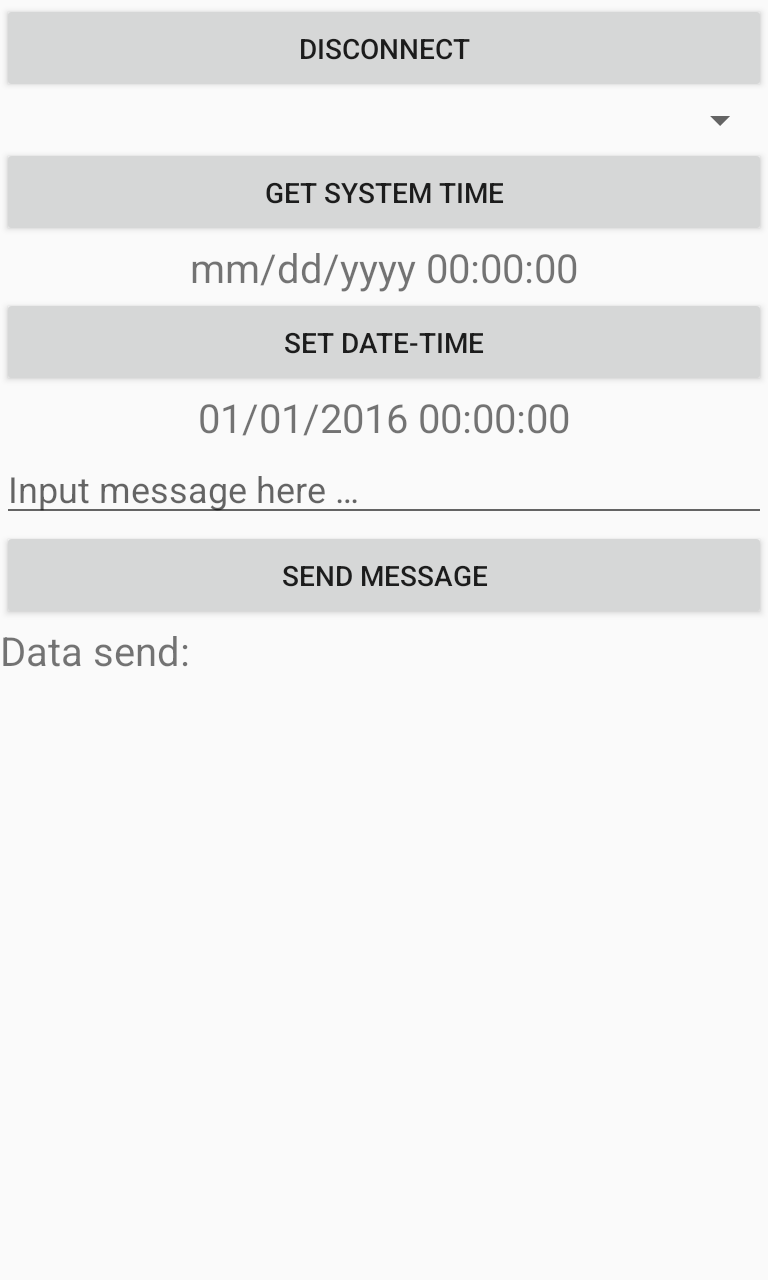
Repository: FisherKei/EclipseWorkspace
Layout: PIC_HC05_DS1307/PIC_HC06_DS1307/res/layout/timer_ds1307.xml
These files come from the project's save history. The layout is drawn as it stood at one moment and after the next save; the edit follows.
It is drawn on a 768 x 1280 px phone screen (xhdpi) without system bars, with theme AppTheme; the app's code is not run.

Above is the layout before, as saved 2016-06-27 12:48:42.

### PIC_HC05_DS1307/PIC_HC06_DS1307/res/layout/timer_ds1307.xml
<LinearLayout xmlns:android="http://schemas.android.com/apk/res/android"
    xmlns:tools="http://schemas.android.com/tools"
    android:id="@+id/LinearLayout1"
    android:layout_width="match_parent"
    android:layout_height="match_parent"
    android:background=""
    android:orientation="vertical" >

    <Button
        android:id="@+id/btnDisconnect"
        android:layout_width="match_parent"
        android:layout_height="wrap_content"
        android:text="@string/strBTDisconnect"/>

    <Spinner
        android:id="@+id/spinSetTimezone"
        android:layout_width="match_parent"
        android:layout_height="wrap_content" />

    <Button
        android:id="@+id/btnGetSysTime"
        android:layout_width="match_parent"
        android:layout_height="wrap_content"
        android:text="@string/strBtnGetSysTime"/>


    <TextView
        android:id="@+id/txtvSysTime"
        android:layout_width="wrap_content"
        android:layout_height="wrap_content"
        android:layout_gravity="center_horizontal"
        android:text="@string/strTimerVal"
        android:textSize="20sp" />

    <Button
        android:id="@+id/btnSetDateTime"
        android:layout_width="match_parent"
        android:layout_height="wrap_content"
        android:text="@string/strBtnSetDateTime"/>

    <TextView
        android:id="@+id/txtvTimeSelected"
        android:layout_width="wrap_content"
        android:layout_height="wrap_content"
        android:layout_gravity="center_horizontal"
        android:text="@string/strInitialDateTime"
        android:textSize="20sp" />

    <EditText
        android:id="@+id/editMessage"
        android:layout_width="match_parent"
        android:layout_height="wrap_content"
        android:singleLine="true"
        android:hint="@string/strSendMessage"/>

    <Button
        android:id="@+id/btnSendMessage"
        android:layout_width="match_parent"
        android:layout_height="wrap_content"
        android:text="@string/strBtnSend"/>

    <TextView
        android:layout_width="match_parent"
        android:layout_height="wrap_content"
        android:text="@string/strTxtvShowSendData"
        android:textSize="20sp" />

    <ScrollView
        android:layout_width="match_parent"
        android:layout_height="wrap_content">

        <TextView
            android:id="@+id/txtvMessages"
            android:layout_width="match_parent"
            android:layout_height="wrap_content"
            android:text=""/>
    </ScrollView>


</LinearLayout>

### PIC_HC05_DS1307/PIC_HC06_DS1307/res/values/strings.xml
<?xml version="1.0" encoding="utf-8"?>
<resources>

    <string name="app_name">PIC_HC06_DS1307</string>
    <string name="action_settings">Settings</string>
    <string name="title_activity_led_control">ledControl</string>
	<string name="strTimerVal">mm/dd/yyyy 00:00:00</string>
    <string name="strBtnGetSysTime">Get System Time</string>
    <string name="strBtnSetDateTime">Set Date-Time</string>
    <string name="strInitialDateTime">01/01/2016 00:00:00</string>
    <string name="strTxtvShowSendData">Data send:</string>
    <string name="strTabDate">DATE</string>
    <string name="strTabTime">TIME</string>
    <string name="strBTDisconnect">Disconnect</string>
    <string name="strSendMessage">Input message here &#8230;</string>
    <string name="strBtnSend">Send message</string>
    <string name="strBtnPaired">Paired Devices</string>

</resources>

Loaded but not shown: PIC_HC05_DS1307/PIC_HC06_DS1307/res/values/styles.xml (common file); PIC_HC05_DS1307/PIC_HC06_DS1307/res/values-v11/styles.xml (common file); PIC_HC05_DS1307/PIC_HC06_DS1307/res/values-v14/styles.xml (common file)

After the next save:
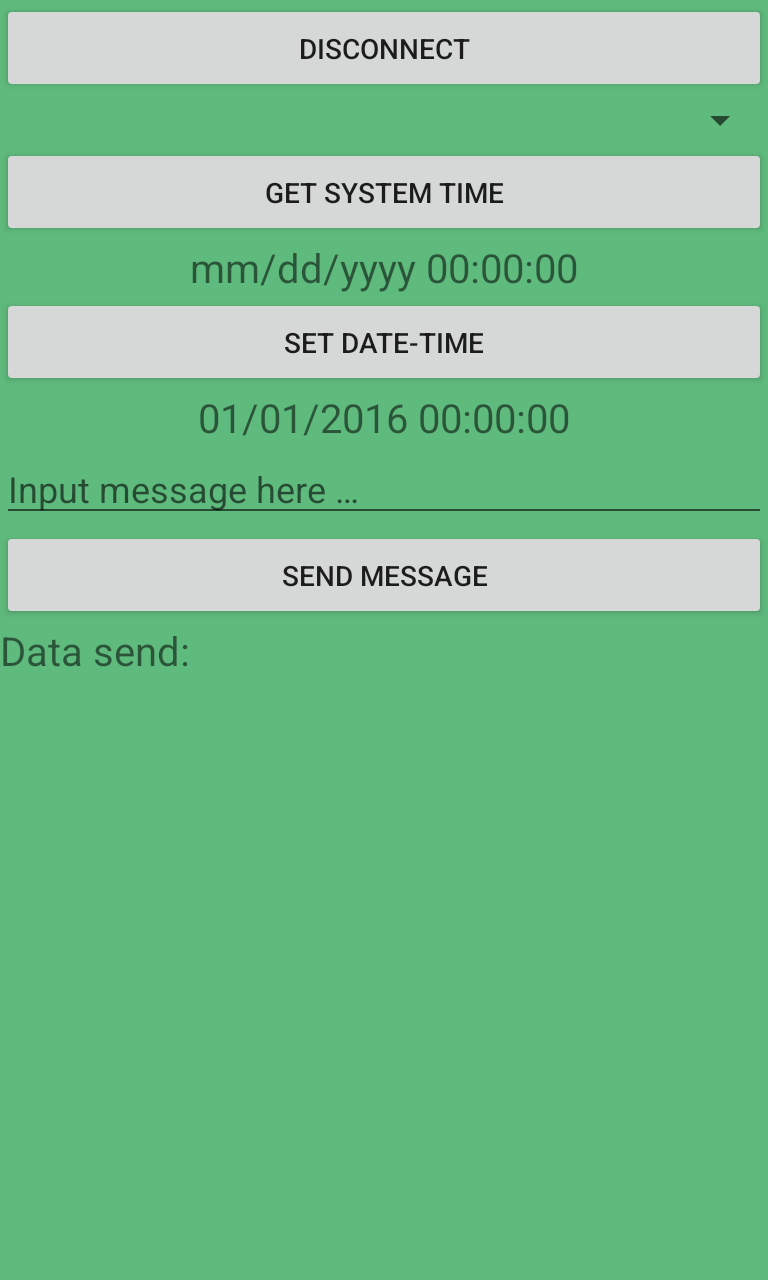
Saved 6 min 21 s later.
--- a/PIC_HC05_DS1307/PIC_HC06_DS1307/res/layout/timer_ds1307.xml
+++ b/PIC_HC05_DS1307/PIC_HC06_DS1307/res/layout/timer_ds1307.xml
@@ -3,7 +3,7 @@
     android:id="@+id/LinearLayout1"
     android:layout_width="match_parent"
     android:layout_height="match_parent"
-    android:background=""
+    android:background="#5FBA7D"
     android:orientation="vertical" >
 
     <Button
